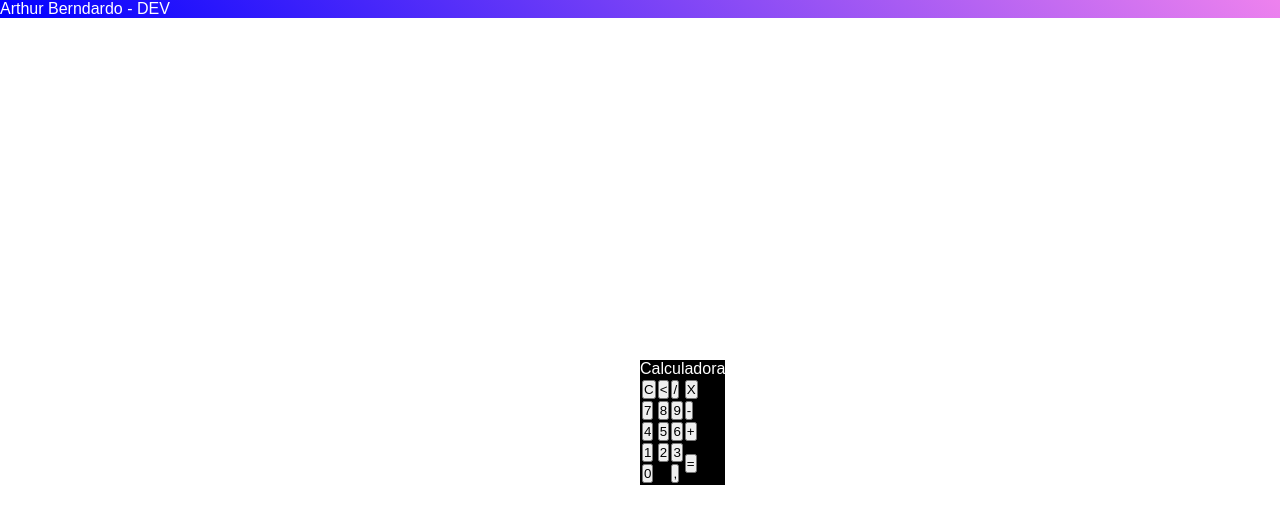
Repository: oThurDev/calculadora
Page: calculadora.html
These files come from the project's save history. The page is drawn as it stood at one moment and after the next save; the edit follows.
The browser window is 1280 px wide. The pictures show the whole page.

Above is the page before, as saved 2022-02-25 15:29:25.

### calculadora.html
<!DOCTYPE html>
<html lang="en">
<head>
    <meta charset="UTF-8">
    <meta name="viewport" content="width=device-width, initial-scale=1.0">
    <link rel="stylesheet" href="style_calculadora.css">
    <title>Calculadora</title>
</head>
<body>
    <div class="fundo">
        <span>Arthur Berndardo - DEV</span>
        <div class="calculadora">
            <span>Calculadora</span>
            <p id="resultado"></p>
            <table>
                <tr>
                    <td><button>C</button></td>
                    <td><button><</button></td>
                    <td><button>/</button></td>
                    <td><button>X</button></td>
                </tr>
                <tr>
                    <td><button>7</button></td>
                    <td><button>8</button></td>
                    <td><button>9</button></td>
                    <td><button>-</button></td>
                </tr>
                <tr>
                    <td><button>4</button></td>
                    <td><button>5</button></td>
                    <td><button>6</button></td>
                    <td><button>+</button></td>
                </tr>
                <tr>
                    <td><button>1</button></td>
                    <td><button>2</button></td>
                    <td><button>3</button></td>
                    <td rowspan="2"><button>=</button></td>
                </tr>
                <tr>
                    <td colspan="2"><button>0</button></td>
                    <td><button>,</button></td>
                </tr>
            </table>
        </div>
    </div>
</body>
</html>

### style_calculadora.css
*{
    margin: 0;
    padding: 0;
}

.fundo{
    background-image: linear-gradient(45deg, blue, violet);
    height: 100%;
    color: white;
    font-family: Arial, Helvetica, sans-serif;
}

.calculadora{
    position: absolute;
    background-color: black;
    top: 50%;
    left: 50%;

}

After the next save:
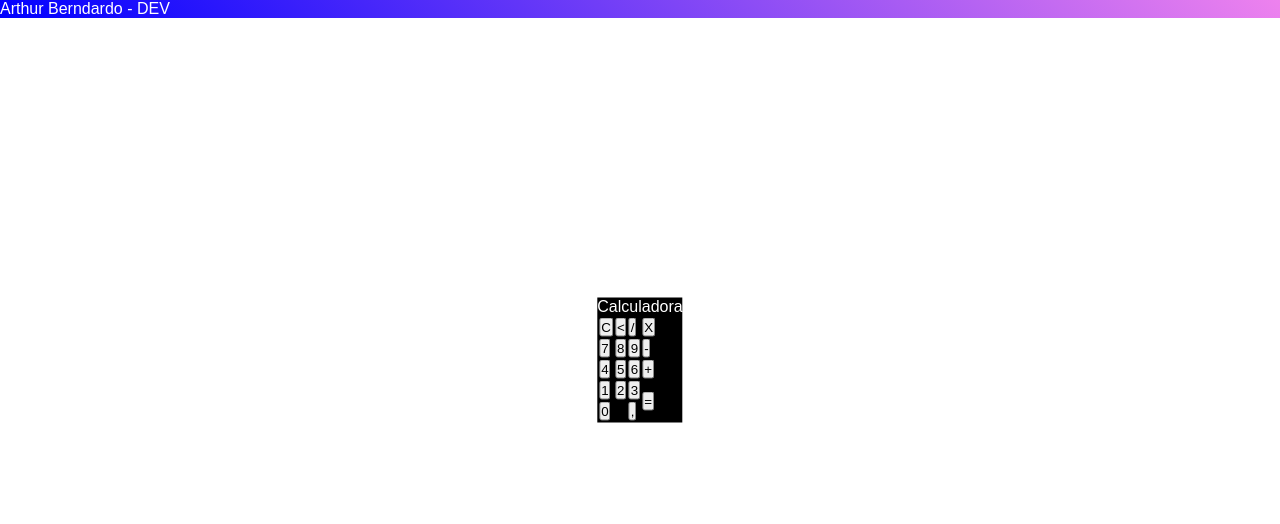
Saved 29 s later.
--- a/style_calculadora.css
+++ b/style_calculadora.css
@@ -15,5 +15,5 @@
     background-color: black;
     top: 50%;
     left: 50%;
-
+    transform: translate(-50%, -50%);
 }
